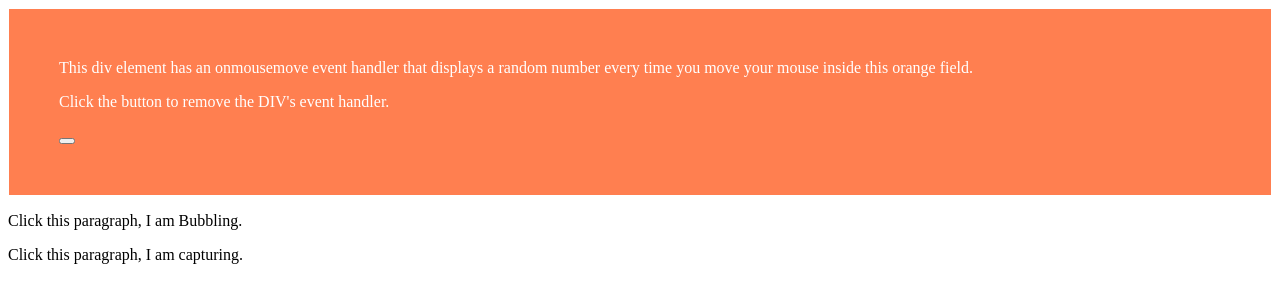
Repository: neem693/workspace
Page: studyhtml5/WebContent/ch05/practice_dom/practice_49.html
The author's editor kept a copy of each file at every save. The page is drawn from the files as they stood at one save, then again after the next save.
The browser window is 1280 px wide. The pictures show the whole page.

Above is the page before, as saved 2018-03-19 08:52:23.

After the next save:
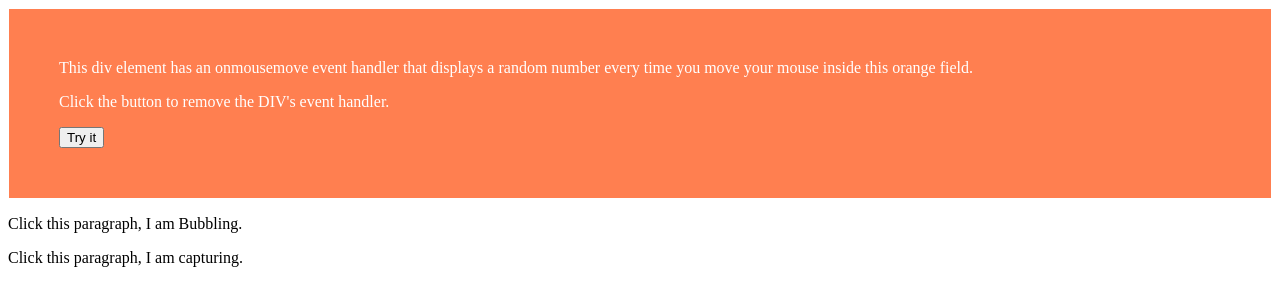
Saved 3 s later.
--- a/studyhtml5/WebContent/ch05/practice_dom/practice_49.html
+++ b/studyhtml5/WebContent/ch05/practice_dom/practice_49.html
@@ -20,7 +20,7 @@
 
 	<div id = "myDIV">This div element has an onmousemove event handler that displays a random number every time you move your mouse inside this orange field.
 	<p>Click the button to remove the DIV's event handler.</p>
-	<button onclick = "removeHandler()" id = "myBtn"></button></div>
+	<button onclick = "removeHandler()" id = "myBtn">Try it</button></div>
 
 	<div id="myDiv">
 		<p id="myP">Click this paragraph, I am Bubbling.</p>
